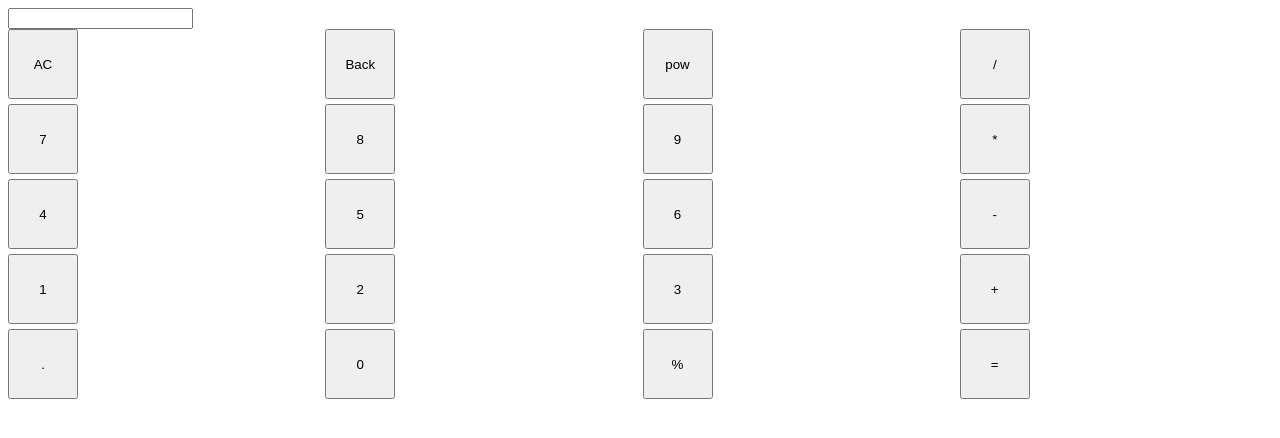
Repository: SakthivelDurai47/calculator
Page: index.html
These files come from the project's save history. The page is drawn as it stood at one moment and after the next save; the edit follows.
The browser window is 1280 px wide. The pictures show the whole page.

Above is the page before, as saved 2025-04-13 15:07:32.

After the next save:
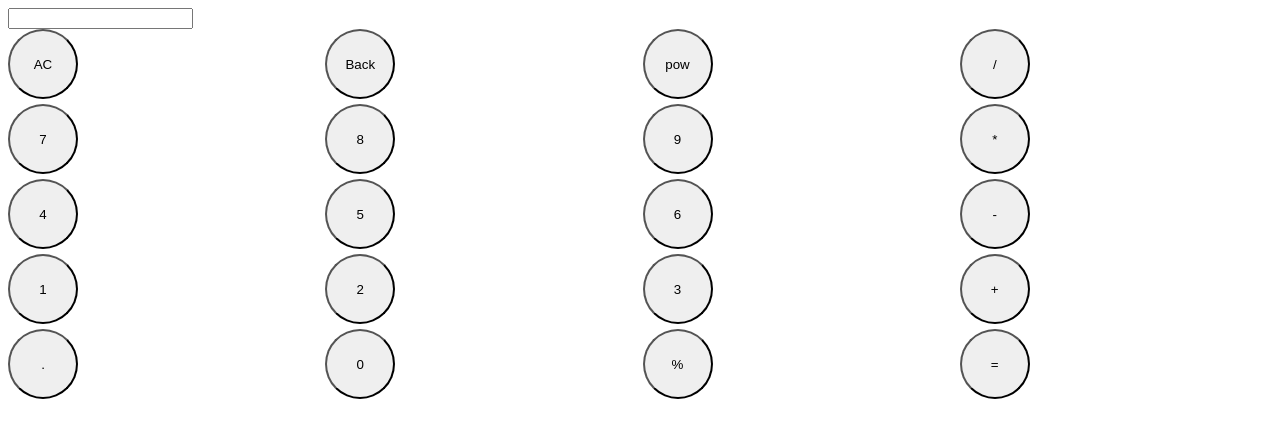
Saved 9 s later.
--- a/styles.css
+++ b/styles.css
@@ -6,4 +6,5 @@
 button {
   width: 70px;
   height: 70px;
+  border-radius: 35px;
 }
